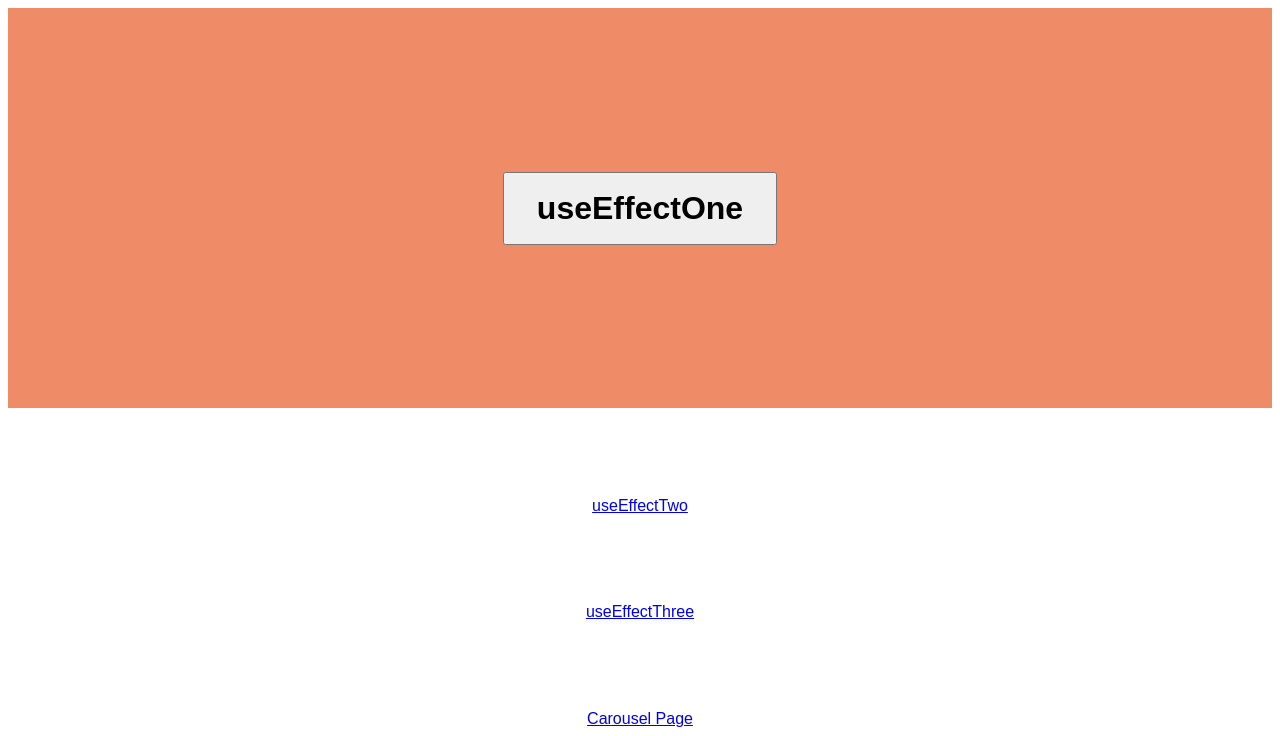
Repository: giovanabirck/class8
Page: /
An editor plug-in stored every save of this project. The page is shown before and after the next save, followed by the edit.
The browser window is 1280 px wide. The pictures show the whole page.
The project was rebuilt for these pictures with package versions that can differ from the ones it lists, and the page was loaded fresh each time. The framework's server and built-in components were replaced by stand-ins that run in the browser. Also part of the build but not shown: next.config.js.

Above is the page before, as saved 2023-02-23 17:51:57.

### pages/index.js
import Head from 'next/head'
import styles from '@/styles/Home.module.css'
import Link from 'next/link'


export default function Home() {
  return (
    <>
      <Head>
        <title>Create Next App</title>
        <meta name="description" content="Generated by create next app" />
        <meta name="viewport" content="width=device-width, initial-scale=1" />
        <link rel="icon" href="/favicon.ico" />
      </Head>
      <main className={styles.main}>
        <div className={styles.effect_one}>
          <Link href="/useEffectOne">
            <button className={styles.btn}>useEffectOne</button>
          </Link>
        </div>
        <div className={styles.effect_two}>
          <Link href="/useEffectTwo">useEffectTwo</Link>
        </div>
        <div className={styles.effect_three}>
          <Link href="/useEffectThree">useEffectThree</Link>
        </div>
        <div className={styles.carousel}>
          <Link href="/carouselPage">Carousel Page</Link>
        </div>
      </main>
    </>
  )
}

### styles/globals.css
:root {
  --blue: #95CDF9;
  --green: #C3E0CF;
  --orange: #EF8B66;
  --white: #f4f9fd;
  --black: #222222;
  }

### styles/Home.module.css
.main {
  display: flex;
  flex-direction: column;
  justify-content: space-between;
  align-items: center;
  padding: 0rem;
  min-height: 100vh;
  font-family: Arial, Helvetica, sans-serif;
  color: var(--black);

}

.effect_one {
  background-color: var(--orange);
  width: 100%;
  height: 25rem;
  margin: 0rem;
  display: flex;
  justify-content: center;
  align-items: center;
}

.btn {
  font-weight: 900;
  font-size: 2rem;
  padding: 1rem 2rem;
}

Loaded but not shown: pages/_app.js (common file); pages/_document.js (common file)

After the next save:
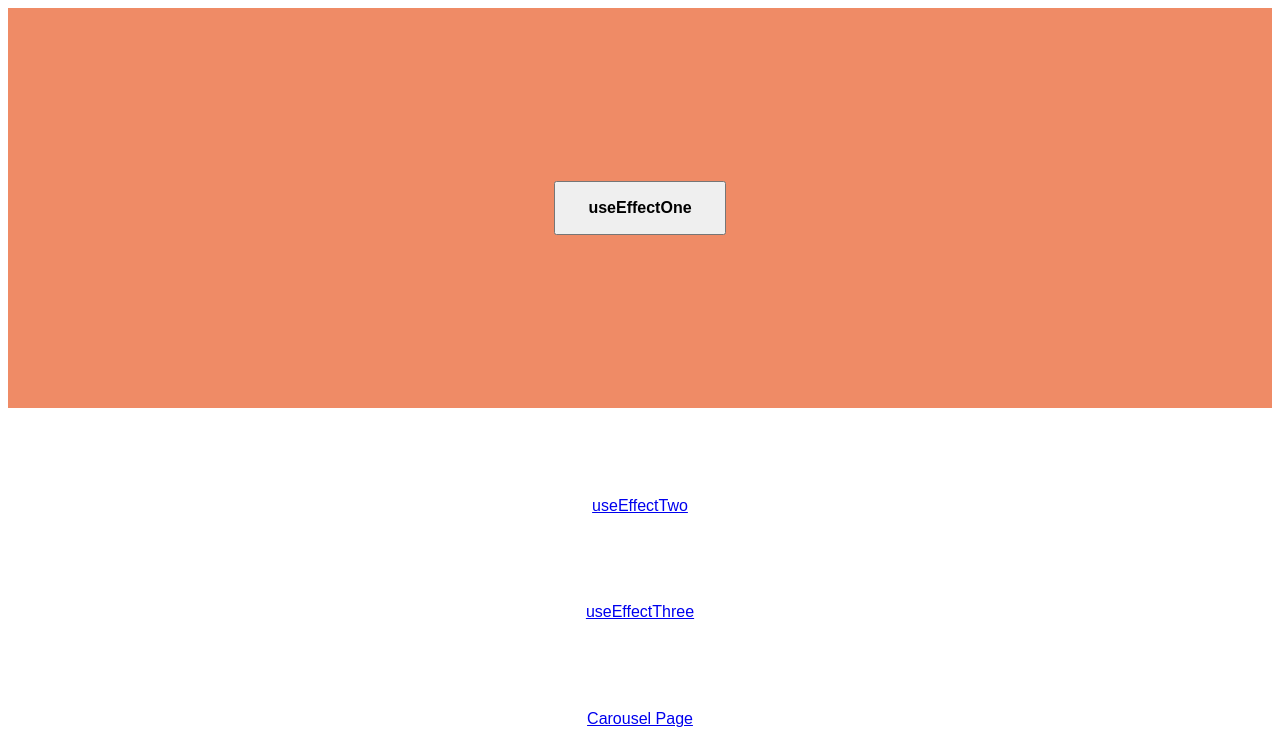
Saved 9 s later.
--- a/styles/Home.module.css
+++ b/styles/Home.module.css
@@ -22,6 +22,6 @@
 
 .btn {
   font-weight: 900;
-  font-size: 2rem;
+  font-size: 1rem;
   padding: 1rem 2rem;
 }
